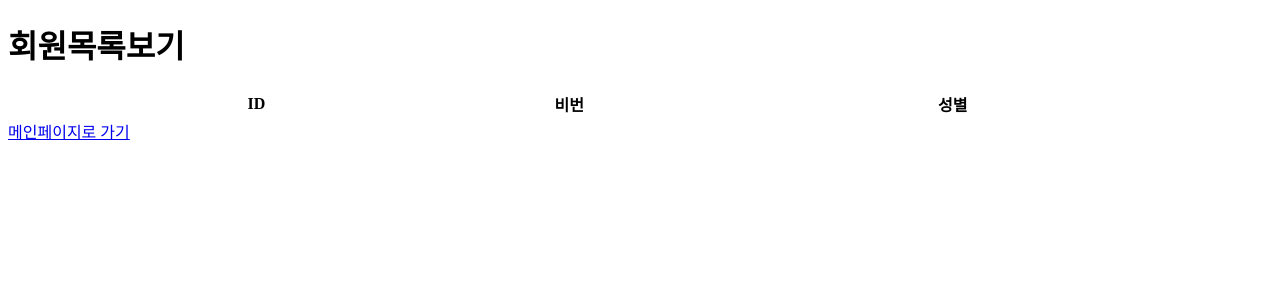
Repository: emthrology/servertest
Page: http://localhost/practices/callList3
These files come from the project's save history. The page is drawn as it stood at one moment and after the next save; the edit follows.
The browser window is 1280 px wide. The pictures show the whole page.
The page is served by Tomcat 9. Other server files are loaded and not shown. Queries for data that is not in the repository find no rows.

Above is the page before, as saved 2019-05-17 08:38:14.

### apache/practices/WebContent/WEB-INF/views/member3/callList3.jsp
<%@ page language="java" contentType="text/html; charset=UTF-8"
    pageEncoding="UTF-8"%>
    <%@ taglib uri="http://java.sun.com/jsp/jstl/core" prefix="c" %>
<!DOCTYPE html>
<html>
<head>
<meta charset="UTF-8">
<title>member3 전체 출력</title>
</head>
<body>
	<h1>회원목록보기</h1>
	<table class="table table-hover" style="text-align:center; width:80%; margin:0 auto;">
		<tr>
			<th>ID</th><th>비번</th><th>성별</th>
		</tr>
		<c:forEach items="${list }" var="m3">
			<tr>
				<td>${m3.memberId }</td>
				<td>${m3.memberPw }</td>
				<td>${m3.sex }</td>
			</tr>
		</c:forEach>
	</table>
	<a href="/">메인페이지로 가기</a>
</body>
</html>

### apache/practices/src/member3/controller/CallList3Servlet.java
package member3.controller;

import java.io.IOException;
import java.util.ArrayList;

import javax.servlet.ServletException;
import javax.servlet.annotation.WebServlet;
import javax.servlet.http.HttpServlet;
import javax.servlet.http.HttpServletRequest;
import javax.servlet.http.HttpServletResponse;

import member3.model.service.Member3Service;
import member3.model.vo.Member3;

/**
 * Servlet implementation class CallList3Servlet
 */
@WebServlet(name = "CallList3", urlPatterns = { "/callList3" })
public class CallList3Servlet extends HttpServlet {
	private static final long serialVersionUID = 1L;

    /**
     * @see HttpServlet#HttpServlet()
     */
    public CallList3Servlet() {
        super();
        // TODO Auto-generated constructor stub
    }

	/**
	 * @see HttpServlet#doGet(HttpServletRequest request, HttpServletResponse response)
	 */
	protected void doGet(HttpServletRequest request, HttpServletResponse response) throws ServletException, IOException {
		request.setCharacterEncoding("utf-8");
		ArrayList<Member3> list = new Member3Service().callList();
		if(list != null) {
			request.setAttribute("list", list);
			request.getRequestDispatcher("/WEB-INF/views/member3/callList3.jsp").forward(request, response);
		}
	}

	/**
	 * @see HttpServlet#doPost(HttpServletRequest request, HttpServletResponse response)
	 */
	protected void doPost(HttpServletRequest request, HttpServletResponse response) throws ServletException, IOException {
		// TODO Auto-generated method stub
		doGet(request, response);
	}

}

### apache/practices/src/member3/model/service/Member3Service.java
package member3.model.service;

import java.sql.Connection;
import java.sql.SQLException;
import java.util.ArrayList;

import common.JDBCTemplate;
import member3.model.dao.Member3Dao;
import member3.model.vo.Member3;

public class Member3Service {

	public int join(Member3 m3) throws SQLException {
		Connection conn = JDBCTemplate.getConnection();
		int result = new Member3Dao().join(conn,m3);
		if(result >0) {
			JDBCTemplate.commit(conn);
		}else {
			JDBCTemplate.rollback(conn);
		}
		return result;
	}

	public ArrayList<Member3> callList() {
		Connection conn = JDBCTemplate.getConnection();
		ArrayList<Member3> list = new Member3Dao().callList(conn);
		JDBCTemplate.close(conn);
		return list;
	}

}

### apache/practices/src/common/JDBCTemplate.java
package common;
import java.sql.*;
public class JDBCTemplate {
	public static Connection getConnection() {
		Connection conn = null;
		try {
			Class.forName("oracle.jdbc.driver.OracleDriver");
			conn = DriverManager.getConnection("jdbc:oracle:thin:@localhost:49161:xe", "system", "oracle");
			conn.setAutoCommit(false);
		} catch (ClassNotFoundException e) {
			// TODO Auto-generated catch block
			e.printStackTrace();
		} catch (SQLException e) {
			// TODO Auto-generated catch block
			e.printStackTrace();
		}
		return conn;
	}

	public static void close(Statement stmt) {
		try {
			if(stmt!=null && !stmt.isClosed()) {
				stmt.close();
			}
		} catch (SQLException e) {
			// TODO Auto-generated catch block
			e.printStackTrace();
		}
	}

	public static void close(ResultSet rset) {
		try {
			if(rset!=null && !rset.isClosed()) {
				rset.close();
			}
		} catch (SQLException e) {
			// TODO Auto-generated catch block
			e.printStackTrace();
		}
	}

	public static void close(Connection conn) {
		try {
			if(conn!=null && !conn.isClosed()) {
				conn.close();
			}
		} catch (SQLException e) {
			// TODO Auto-generated catch block
			e.printStackTrace();
		}
	}

	public static void commit(Connection conn) {
		try {
			if(conn !=null && !conn.isClosed()) {
				conn.commit();
			}
		} catch (SQLException e) {
			// TODO Auto-generated catch block
			e.printStackTrace();
		}
	}

	public static void rollback(Connection conn) {
		try {
			if(conn !=null && !conn.isClosed()) {
				conn.rollback();
			}
		} catch (SQLException e) {
			// TODO Auto-generated catch block
			e.printStackTrace();
		}
	}
}

### apache/practices/src/member3/model/dao/Member3Dao.java
package member3.model.dao;

import java.io.FileReader;
import java.io.IOException;
import java.sql.Connection;
import java.sql.PreparedStatement;
import java.sql.ResultSet;
import java.sql.SQLException;
import java.sql.Statement;
import java.util.ArrayList;
import java.util.Properties;

import common.JDBCTemplate;
import member.model.dao.MemberDao;
import member3.model.vo.Member3;

public class Member3Dao {
	private Properties prop = new Properties();
	public Member3Dao() {
		String filename = MemberDao.class.getResource("/sqls/member3/member3Query.properties").getPath();
		try {
			prop.load(new FileReader(filename));
		} catch (IOException e) {
			// TODO Auto-generated catch block
			e.printStackTrace();
		}
	}

	public int join(Connection conn, Member3 m3) throws SQLException {
		int result = 0;
		PreparedStatement pstmt = null;
		String query = prop.getProperty("join");
		pstmt = conn.prepareStatement(query);
		pstmt.setString(1, m3.getMemberId());
		pstmt.setString(2, m3.getMemberPw());
		pstmt.setString(3, m3.getMemberName());
		pstmt.setString(4, m3.getSocialSecurityNum());
		result = pstmt.executeUpdate();
		JDBCTemplate.close(pstmt);
		return result;
	}

	public ArrayList<Member3> callList(Connection conn) {
		ArrayList<Member3> list = null;
		Statement stmt = null;
		ResultSet rset = null;
		String query = prop.getProperty("callList");
		try {
			stmt = conn.createStatement();
			rset = stmt.executeQuery(query);
			list = new ArrayList<Member3>();
			while(rset.next()) {
				Member3 m3 = new Member3();
				m3.setMemberId(rset.getString("member_id"));
				m3.setMemberPw(rset.getString("member_pw"));
				m3.setMemberName(rset.getString("member_name"));
				m3.setSocialSecurityNum(rset.getString("social_security_num"));
				list.add(m3);
			}
		} catch (SQLException e) {
			// TODO Auto-generated catch block
			e.printStackTrace();
		} finally {
			JDBCTemplate.close(rset);
			JDBCTemplate.close(stmt);
		}
		return list;
	}

}

### apache/practices/src/member/model/dao/MemberDao.java
package member.model.dao;

import java.io.FileReader;
import java.io.IOException;
import java.sql.Connection;
import java.sql.PreparedStatement;
import java.sql.ResultSet;
import java.sql.SQLException;
import java.sql.Statement;
import java.util.ArrayList;
import java.util.Properties;

import common.JDBCTemplate;
import member.model.vo.Member;

public class MemberDao {
	private Properties prop = new Properties();
	public MemberDao() {
		String filename = MemberDao.class.getResource("/sqls/member/memberQuery.properties").getPath();
		try {
			prop.load(new FileReader(filename));
		} catch (IOException e) {
			// TODO Auto-generated catch block
			e.printStackTrace();
		}
	}

	public int join(Connection conn, Member m) throws SQLException {
		int result = 0;
		PreparedStatement pstmt = null;
		String query = prop.getProperty("join");
		pstmt = conn.prepareStatement(query);
		pstmt.setString(1, m.getMemberId());
		pstmt.setString(2, m.getMemberPw());
		pstmt.setInt(3, m.getAge());
		pstmt.setInt(4, m.getSex());
		result = pstmt.executeUpdate();
		JDBCTemplate.close(pstmt);
		return result;
	}

	public Member login(Connection conn, String memberId, String memberPw) {
		Member m = null;
		PreparedStatement pstmt = null;
		ResultSet rset = null;
		String query = prop.getProperty("login");
		try {
			pstmt = conn.prepareStatement(query);
			pstmt.setString(1, memberId);
			pstmt.setString(2, memberPw);
			rset = pstmt.executeQuery();
			if(rset.next()) {
				m = new Member();
				m.setMemberId(rset.getString("member_id"));
			}
		} catch (SQLException e) {
			// TODO Auto-generated catch block
			e.printStackTrace();
		} finally {
			JDBCTemplate.close(rset);
			JDBCTemplate.close(pstmt);
		}
		return m;
	}

	public ArrayList<Member> callList(Connection conn) {
		ArrayList<Member> list = null;
		Statement stmt = null;
		ResultSet rset = null;
		String query = prop.getProperty("callList");
		try {
			stmt = conn.createStatement();
			rset = stmt.executeQuery(query);
			list = new ArrayList<Member>();
			while(rset.next()) {
				Member m = new Member();
				m.setMemberId(rset.getString("member_id"));
				m.setMemberPw(rset.getString("member_pw"));
				m.setAge(rset.getInt("age"));
				m.setSex(rset.getInt("sex"));
				list.add(m);
			}
		} catch (SQLException e) {
			// TODO Auto-generated catch block
			e.printStackTrace();
		} finally {
			JDBCTemplate.close(rset);
			JDBCTemplate.close(stmt);
		}
		return list;
	}

}

After the next save:
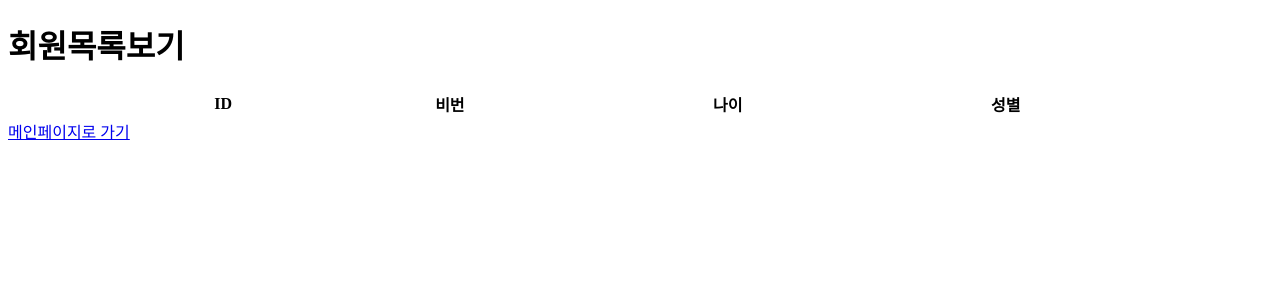
Saved 47 s later.
--- a/apache/practices/WebContent/WEB-INF/views/member3/callList3.jsp
+++ b/apache/practices/WebContent/WEB-INF/views/member3/callList3.jsp
@@ -11,7 +11,7 @@
 	<h1>회원목록보기</h1>
 	<table class="table table-hover" style="text-align:center; width:80%; margin:0 auto;">
 		<tr>
-			<th>ID</th><th>비번</th><th>성별</th>
+			<th>ID</th><th>비번</th><th>나이</th><th>성별</th>
 		</tr>
 		<c:forEach items="${list }" var="m3">
 			<tr>
